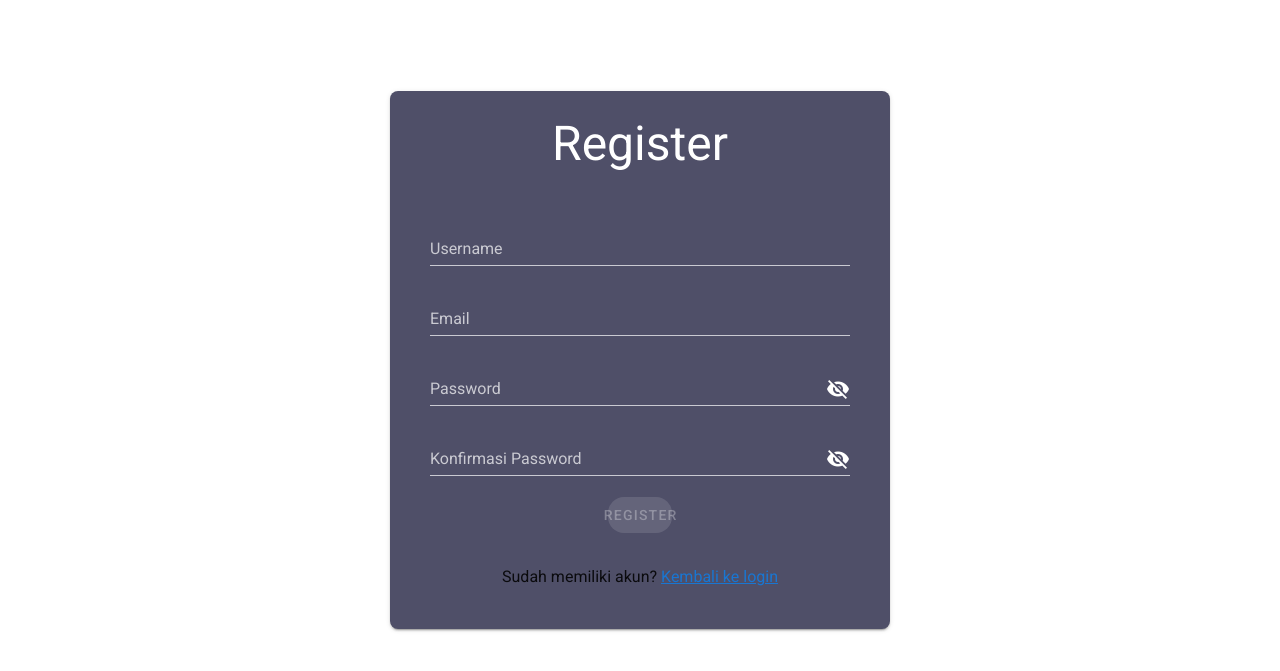
Repository: wildanpurnomo/kulia-fe
Page: /register
These files come from the project's save history. The page is drawn as it stood at one moment and after the next save; the edit follows.
The browser window is 1280 px wide. The pictures show the whole page.
The page's requests for data from a server got no answer. The project was rebuilt for these pictures with package versions that can differ from the ones it lists, and the page was loaded fresh each time. No one was signed in, and anything a server would have sent is missing. Also part of the build but not shown: vue.config.js. Imported but missing from the stored project, and not drawn on this page: src/views/partials/main/MyProfile.vue.

Above is the page before, as saved 2020-11-27 22:43:43.

### src/router/index.js
import Vue from 'vue'
import VueRouter from 'vue-router'
import { landingRouter } from './landing.router'
import { authRouter } from './auth.router'
import { mainRouter } from './main.router'
import { fallbackRouter } from './404.router'

Vue.use(VueRouter)

const routes = [
  landingRouter,
  authRouter,
  mainRouter,
  fallbackRouter
]

const router = new VueRouter({
  mode: 'history',
  base: process.env.BASE_URL,
  routes
})

export default router

### src/store/index.js
import Vue from 'vue'
import Vuex from 'vuex'
import { auth } from './auth.store'
import { content } from './content.store'

Vue.use(Vuex)

export default new Vuex.Store({
  modules: {
    auth,
    content,
  }
})

### src/router/landing.router.js
export const landingRouter = {
    path: '/',
    name: 'Landing',
    component: () => import('@/views/Landing.vue')
}

### src/router/auth.router.js
export const authRouter = {
    path: '',
    component: () => import('@/views/Auth.vue'),
    children: [
        {
            path: '/login',
            name: 'Login',
            component: () => import('@/views/partials/auth/Login.vue')
        },
        {
            path: '/register',
            name: 'Register',
            component: () => import('@/views/partials/auth/Register.vue')
        }
    ]
}

### src/router/main.router.js
export const mainRouter = {
    path: '',
    component: () => import('@/views/Main.vue'),
    children:[
        {
            path: '/home',
            name: 'Home',
            component: () => import('@/views/partials/main/Home.vue')
        },
        {
            path:'/my-content',
            name: 'MyContent',
            component: () => import('@/views/partials/main/MyContent.vue')
        },
        {
            path:'/add-content',
            name: 'AddContent',
            component: () => import('@/views/partials/main/AddContent.vue')
        },
        {
            path:'/edit-content/:contentId',
            name: 'EditContent',
            component: () => import('@/views/partials/main/AddContent.vue')
        },
        {
            path:'/my-profile',
            name: 'MyProfile',
            component: () => import('@/views/partials/main/MyProfile.vue')
        },
        {
            path:'/my-following',
            name: 'MyFollowing',
            component: () => import('@/views/partials/main/MyFollowing.vue')
        }
    ]
}

### src/router/404.router.js
export const fallbackRouter = {
    path: '*',
    name: 'Fallback',
    component: () => import('@/views/404.vue')
}

### src/store/auth.store.js
import AuthService from '@/services/auth.service';
import UserModel from '@/models/user.model';

const initialAuthState = { userData: new UserModel() };

export const auth = {
    namespaced: true,
    state: initialAuthState,
    actions: {
        login({ commit }, userData) {
            return AuthService.login(userData)
                .then(
                    response => {
                        commit('authSuccess', response.data.data);
                        return Promise.resolve(response);
                    },
                    error => {
                        return Promise.reject(error);
                    }
                )
        },
        register({ commit }, userData) {
            return AuthService.register(userData)
                .then(
                    response => {
                        commit('authSuccess', response.data.data);
                        return Promise.resolve(response);
                    },
                    error => {
                        return Promise.reject(error);
                    }
                )
        },
        logout({ commit }) {
            return AuthService.logout()
                .then(
                    response => {
                        commit('logoutSuccess');
                        return Promise.resolve(response);
                    },
                    error => {
                        return Promise.reject(error);
                    }
                );
        },
        authenticate({ commit }) {
            return AuthService.authenticate()
                .then(
                    response => {
                        commit('authSuccess', response.data.data);
                        return Promise.resolve(response);
                    },
                    error => { return Promise.reject(error); }
                )
        },
    },
    mutations: {
        authSuccess(state, userData) {
            state.userData = userData;
        },
        logoutSuccess(state) {
            state.userData = initialAuthState.userData;
        },
    },
    getters: {
        userData: (state) => {
            return state.userData;
        }
    }
}

### src/store/content.store.js
import ContentService from '@/services/content.service';
import ContentModel from '@/models/content.model';

const initialContentState = {
    personalContentList: [],
    detailContent: new ContentModel()
};

export const content = {
    namespaced: true,
    state: initialContentState,
    actions: {
        getContentById({ commit }, contentId) {
            return ContentService.getContentById(contentId)
                .then(
                    response => {
                        commit('updateDetailContent', response.data.data);
                        return Promise.resolve(response);
                    },
                    error => {
                        return Promise.reject(error);
                    }
                )
        },
        getPersonalContent({ commit }) {
            return ContentService.getPersonalContent()
                .then(
                    response => {
                        commit('updatePersonalContentList', response.data.data);
                        return Promise.resolve(response);
                    },
                    error => {
                        return Promise.reject(error);
                    }
                );
        },
        getContentByCreatorId({ commit }, creatorId) {
            return ContentService.getContentByCreatorId(creatorId)
                .then(
                    response => {
                        commit('doNothing');
                        return Promise.resolve(response);
                    },
                    error => {
                        return Promise.reject(error);
                    }
                );
        },
        createContent({ commit }, contentData) {
            return ContentService.createContent(contentData)
                .then(
                    response => {
                        commit('updatePersonalContentList', response.data.data);
                        return Promise.resolve(response);
                    },
                    error => {
                        return Promise.reject(error);
                    }
                );
        },
        editContent({ commit }, contentData) {
            return ContentService.editContent(contentData)
                .then(
                    response => {
                        commit('updatePersonalContentList', response.data.data);
                        return Promise.resolve(response);
                    },
                    error => {
                        return Promise.reject(error);
                    }
                );
        },
        deleteContent({ commit }, contentId) {
            return ContentService.deleteContent(contentId)
                .then(
                    response => {
                        commit('updatePersonalContentList', response.data.data);
                        return Promise.resolve(response);
                    },
                    error => {
                        return Promise.reject(error);
                    }
                );
        },
        resetState({ commit }) {
            commit('resetState');
        }
    },
    mutations: {
        updateDetailContent(state, contentData) {
            state.detailContent = contentData;
        },
        updatePersonalContentList(state, contentList) {
            state.personalContentList = contentList;
        },
        resetState(state) {
            state.personalContentList = [],
            state.detailContent = new ContentModel()
        },
        doNothing() { }
    },
    getters: {
        personalContentList: (state) => {
            return state.personalContentList;
        },
        detailContent: (state) => {
            return state.detailContent;
        }
    }
}

### src/views/Auth.vue
<template>
  <router-view></router-view>
</template>
<script>
export default {
  name: "Auth",
  methods: {
    async authenticate() {
      try {
        let response = await this.$store.dispatch("auth/authenticate");
        if (response.status === 200) {
          this.$router.push({ name: "Home" });
        }
      } catch (error) {
        this.logout();
      }
    },
    async logout() {
      await this.$store.dispatch("auth/logout");
    },
  },
  created() {
    this.authenticate();
  },
};
</script>

### src/views/partials/auth/Register.vue
<template>
  <v-container fill-height>
    <v-row>
      <v-col cols="12">
        <v-row justify="center">
          <v-card class="pa-10 rounded-lg" width="500" :color="colorTheme">
            <v-row justify="center">
              <div
                class="mb-15 text-h3 white--text"
              >
                Register
              </div>
            </v-row>
            <v-form ref="registerForm" v-model="isFormValid">
              <v-text-field
                v-model="user.username"
                :rules="this.usernameRules"
                label="Username"
                type="text"
                required
                dark
              ></v-text-field>
              <v-text-field
                v-model="user.email"
                :rules="this.emailRules"
                label="Email"
                type="email"
                required
                dark
              ></v-text-field>
              <v-text-field
                v-model="user.password"
                :rules="this.passwordRules"
                label="Password"
                :append-icon="isPasswordShown ? 'mdi-eye' : 'mdi-eye-off'"
                :type="isPasswordShown ? 'text' : 'password'"
                @click:append="isPasswordShown = !isPasswordShown"
                required
                dark
              ></v-text-field>
              <v-text-field
                v-model="user.passwordConfirmation"
                label="Konfirmasi Password"
                :append-icon="isPasswordShown ? 'mdi-eye' : 'mdi-eye-off'"
                :type="isPasswordShown ? 'text' : 'password'"
                required
                dark
                :rules="passwordConfirmationRules"
                @click:append="isPasswordShown = !isPasswordShown"
              ></v-text-field>
              <div class="text-center mb-8">
                <v-btn
                  type="submit"
                  class="white--text red accent-2 rounded-xl"
                  width="0%"
                  :disabled="!isFormValid || isFormLoading"
                  :loading="isFormLoading"
                  @click.prevent="register"
                  dark
                  >Register</v-btn
                >
              </div>
              <div class="text-center">
                Sudah memiliki akun?
                <router-link :to="{ name: 'Login' }"
                  >Kembali ke login</router-link
                >
              </div>
              <div class="h6 red--text" :hidden="errorMessage.length === 0">
                {{ errorMessage }}
              </div>
            </v-form>
          </v-card>
        </v-row>
      </v-col>
    </v-row>
  </v-container>
</template>
<script>
import formInputMixin from "@/mixins/form.mixin";
import errorMixin from "@/mixins/error.mixin";
import UserModel from "@/models/user.model";

export default {
  name: "Register",
  data: () => ({
    user: new UserModel(),
    errorMessage: "",
    passwordConfirmation: "",
    isPasswordShown: false,
    colorTheme: "#4F4F68",
  }),
  computed: {
    passwordConfirmationRules() {
      return [
        (v) =>
          (!!v && v) === this.user.password || "Masukkan password yang sama.",
      ];
    },
  },
  methods: {
    async register() {
      this.isFormLoading = true;
      try {
        let response = await this.$store.dispatch("auth/register", this.user);
        if (response.status === 200) {
          this.isFormLoading = false;
          this.errorMessage = "";
          this.$router.push({ name: "Home" });
        }
      } catch (error) {
        this.isFormLoading = false;
        this.errorMessage = this.getErrorMessage(error);
      }
    },
  },
  mixins: [formInputMixin, errorMixin],
};
</script>

### src/services/auth.service.js
import BaseService from './base.service';

class AuthService extends BaseService {
    constructor() {
        super();
    }

    login(userData) {
        return this.sendAPIRequest('/auth/login', 'POST', userData);
    }

    register(userData) {
        return this.sendAPIRequest('/auth/register', 'POST', userData);
    }

    logout() {
        return this.sendAPIRequest('/auth/logout', 'POST');
    }

    authenticate() {
        return this.sendAPIRequest('/auth/authenticate', 'GET');
    }
}

export default new AuthService();

### src/models/user.model.js
export default class User {
    constructor() {
        this.username = '';
        this.password = '';
        this.passwordConfirmation = '';
        this.email = '';
    }
}

### src/services/content.service.js
import BaseService from './base.service';

class ContentService extends BaseService {
    constructor() {
        super();
    }

    getContentById(contentId) {
        return this.sendAPIRequest(`/content/${contentId}`, 'GET');
    }

    getPersonalContent() {
        return this.sendAPIRequest('/content/personal/me', 'GET');
    }

    getContentByCreatorId(creatorId) {
        return this.sendAPIRequest(`/content/by_creator/${creatorId}`, 'GET');
    }

    createContent(contentData) {
        return this.sendAPIRequest('/content', 'POST', contentData);
    }

    editContent(contentData) {
        return this.sendAPIRequest(`/content/edit/${contentData._id}`, 'PUT', contentData);
    }

    deleteContent(contentId) {
        return this.sendAPIRequest(`/content/delete/${contentId}`, 'DELETE');
    }
}

export default new ContentService();

### src/models/content.model.js
export default class ContentModel {
    constructor(title = '', description = '') {
        this.title = title;
        this.description = description;
    }
}

### src/mixins/form.mixin.js
export default {
    data: () => ({
        usernameRules: [
            v => !!v || "Mohon masukkan username",
            v => (v || "").length >= 6 || "Minimal 6 karakter"
        ],
        emailRules: [
            v => !!v || "Mohon masukkan email",
            v => /.+@.+/.test(v) || "Alamat email tidak valid",
        ],
        passwordRules: [
            v => (v || "").length >= 8 || "Minimal 8 karakter",
            v =>
                /(?=.*[a-z])/.test(v) || "Harus terdapat minimal satu huruf kecil",
            v =>
                /(?=.*[A-Z])/.test(v) || "Harus terdapat minimal satu huruf besar",
            v =>
                /(?=.*[0-9])/.test(v) || "Harus terdapat minimal satu digit angka"
        ],
        isFormValid: false,
        isFormLoading: false,
    })
}

### src/mixins/error.mixin.js
export default {
    methods: {
        getErrorMessage(error) {
            if (error.response) {
                return error.response.data.data.message;
            } else {
                return "Terjadi kesalahan. Silahkan coba ulang lain kali.";
            }
        }
    }
}

### src/services/base.service.js
import axios from 'axios';

export default class BaseService {
    constructor() {
        this.baseUrl = process.env.VUE_APP_API_BASE_URL;
        //this.baseUrl = 'http://localhost:3000/api';
    }

    sendAPIRequest(endpoint, method = 'GET', requestBody = null) {
        requestBody = requestBody === null ? {} : requestBody;
        let result;
        if (method === 'GET') {
            result = axios.get(`${this.baseUrl}${endpoint}`, { params: requestBody });
        } else if (method === 'POST') {
            result = axios.post(`${this.baseUrl}${endpoint}`, requestBody);
        } else if (method === 'PUT') {
            result = axios.put(`${this.baseUrl}${endpoint}`, requestBody);
        } else if (method === 'DELETE') {
            result = axios.delete(`${this.baseUrl}${endpoint}`, requestBody);
        }
        return result
            .then(
                response => {
                    this.logResponseIfDebug(endpoint, response.data);
                    return response;
                }
            );
    }

    logResponseIfDebug(endpoint, responseData) {
        if (process.env.NODE_ENV === 'development') {
            console.log(`Response from ${endpoint}`, responseData);
        }
    }
}

Loaded but not shown: public/index.html (common file); src/main.js (common file); src/App.vue (common file); src/registerServiceWorker.js (common file); src/plugins/vuetify.js (common file)

After the next save:
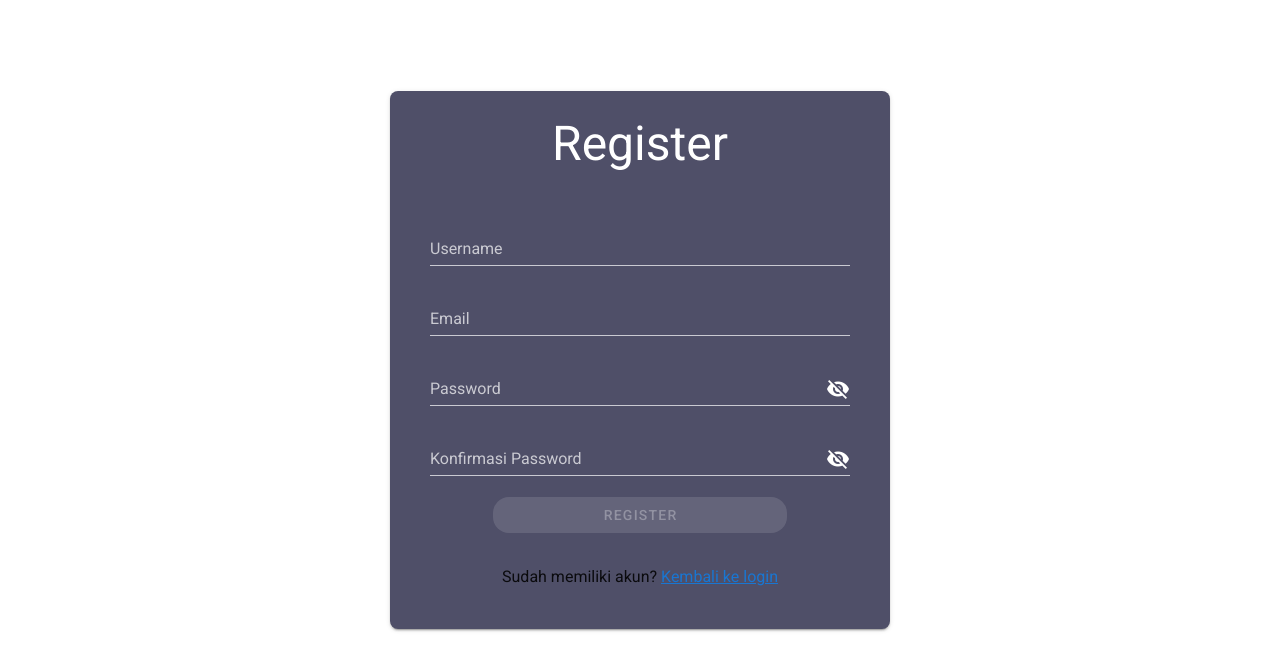
Saved 4 s later.
--- a/src/views/partials/auth/Register.vue
+++ b/src/views/partials/auth/Register.vue
@@ -52,7 +52,7 @@
                 <v-btn
                   type="submit"
                   class="white--text red accent-2 rounded-xl"
-                  width="0%"
+                  width="70%"
                   :disabled="!isFormValid || isFormLoading"
                   :loading="isFormLoading"
                   @click.prevent="register"
